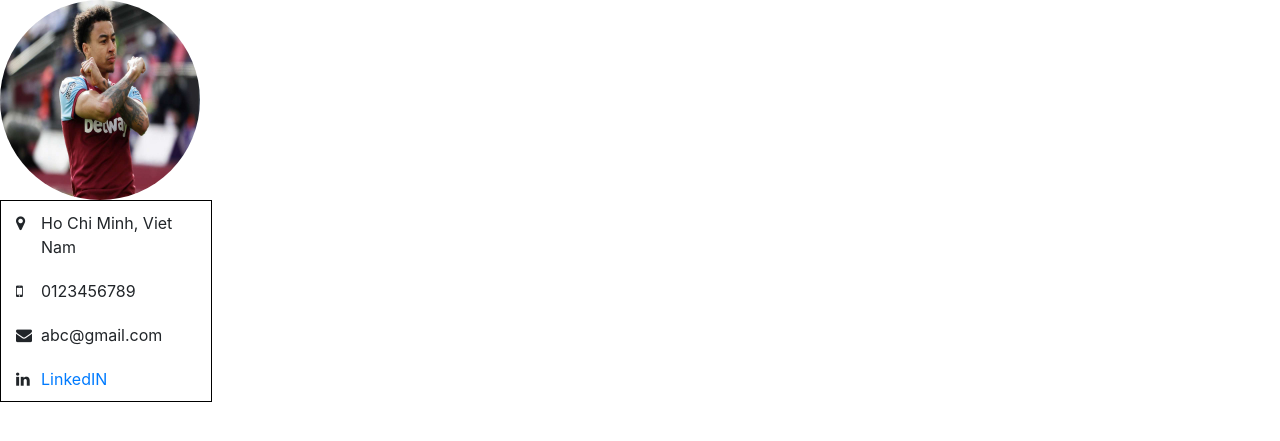
Repository: khoibanh113/mycv
Page: /
These files come from the project's save history. The page is drawn as it stood at one moment and after the next save; the edit follows.
The browser window is 1280 px wide. The pictures show the whole page.
The project was rebuilt for these pictures with package versions that can differ from the ones it lists, and the page was loaded fresh each time.

Above is the page before, as saved 2021-03-30 15:06:41.

After the next save:
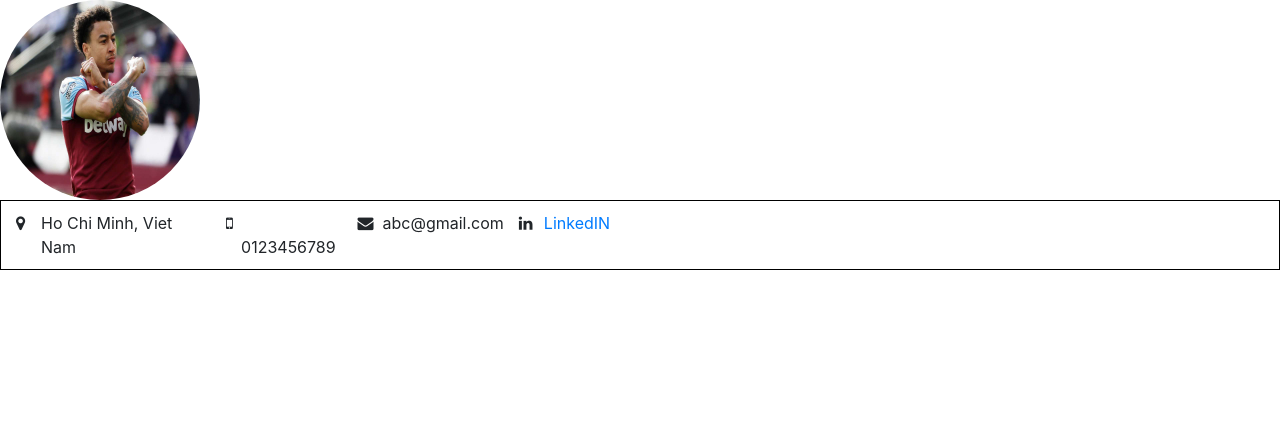
Saved 7 min 9 s later.
--- a/src/component/contact.js
+++ b/src/component/contact.js
@@ -16,7 +16,7 @@
 
     render(){
         return(
-            <div className="container-contact">
+            <div className="container-contact d-flex flex-wrap">
 
                 <div class="row">
                     <div class="col-1">

After the save that followed:
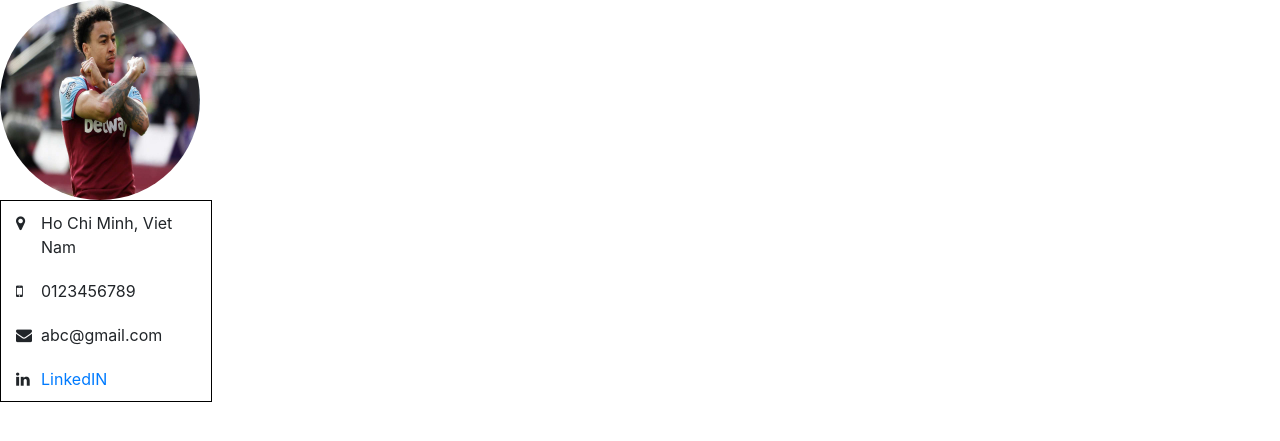
Saved 16 s later.
--- a/src/component/contact.js
+++ b/src/component/contact.js
@@ -16,7 +16,7 @@
 
     render(){
         return(
-            <div className="container-contact d-flex flex-wrap">
+            <div className="container-contact">
 
                 <div class="row">
                     <div class="col-1">
